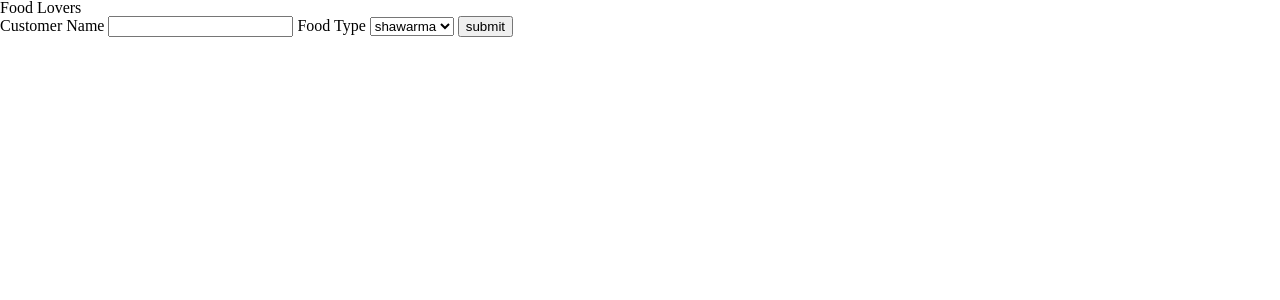
Repository: Razan-am/foodLovers
Page: index.html
An editor plug-in stored every save of this project. The page is shown before and after a run of saves, followed by the edit.
The browser window is 1280 px wide. The pictures show the whole page.

Above is the page before, as saved 2021-06-01 10:20:27.

### index.html
<!DOCTYPE html>
<html lang="en">
<head>
    <meta charset="UTF-8">
    <meta http-equiv="X-UA-Compatible" content="IE=edge">
    <meta name="viewport" content="width=device-width, initial-scale=1.0">
    <title>Food Lovers</title>
    <link rel="stylesheet" href="css/reset.css">
    <link rel="stylesheet" href="css/style.css">
</head>
<body>
    <header>
        <h1>Food Lovers</h1>
    </header>
    <main>
        <form action="" id="myForm">
            <fieldset>
                <label for="name">Customer Name</label>
                <input type="text" id="name" name="name">
                <label for="food">Food Type</label>
                <select name="food" id="food">
                    <option value="shawarma">shawarma</option>
                    <option value="pizza">pizza</option>
                    <option value="burger">burger</option>
                </select>
                <input type="submit" value="submit">
            </fieldset>
        </form>
        <table id="myTable">
            <tr>
                <th></th>
            </tr>
        </table>
    </main>
    <footer></footer>
    <script src="js/app.js"></script>
</body>
</html>

Loaded but not shown: css/reset.css (common file); css/style.css (no copy from this time; the picture is the same without it); js/app.js (no copy from this time; the picture is the same without it)

After the next 2 saves:
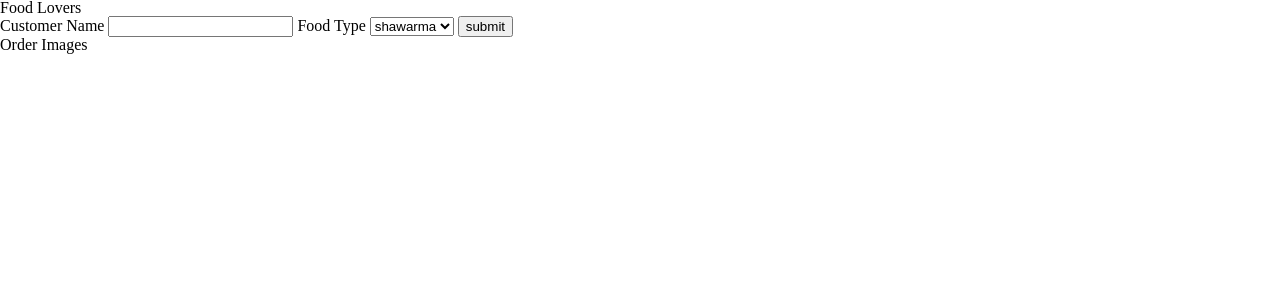
The 2 saves are shown as one change because they came seconds apart.
The last was saved 16 s later.
--- a/index.html
+++ b/index.html
@@ -28,6 +28,7 @@
         </form>
         <table id="myTable">
             <tr>
+                <th>Order Images</th>
                 <th></th>
             </tr>
         </table>
